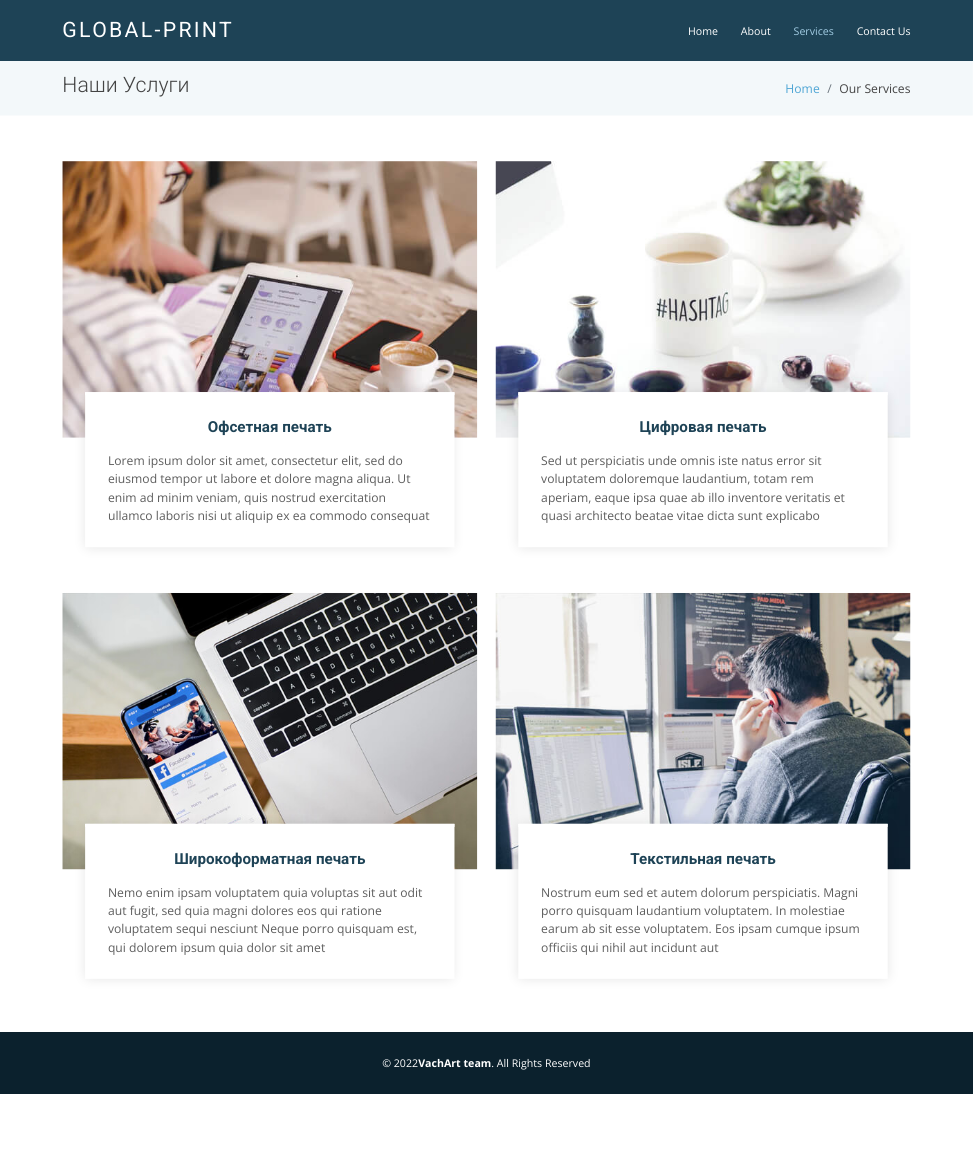
Repository: VachArt/Global-print
Page: services.html
An editor plug-in stored every save of this project. The page is shown before and after the next save, followed by the edit.
The browser window is 1280 px wide. The pictures show the whole page, at 76% of full size.

Above is the page before, as saved 2022-06-13 23:08:59.

After the next save:
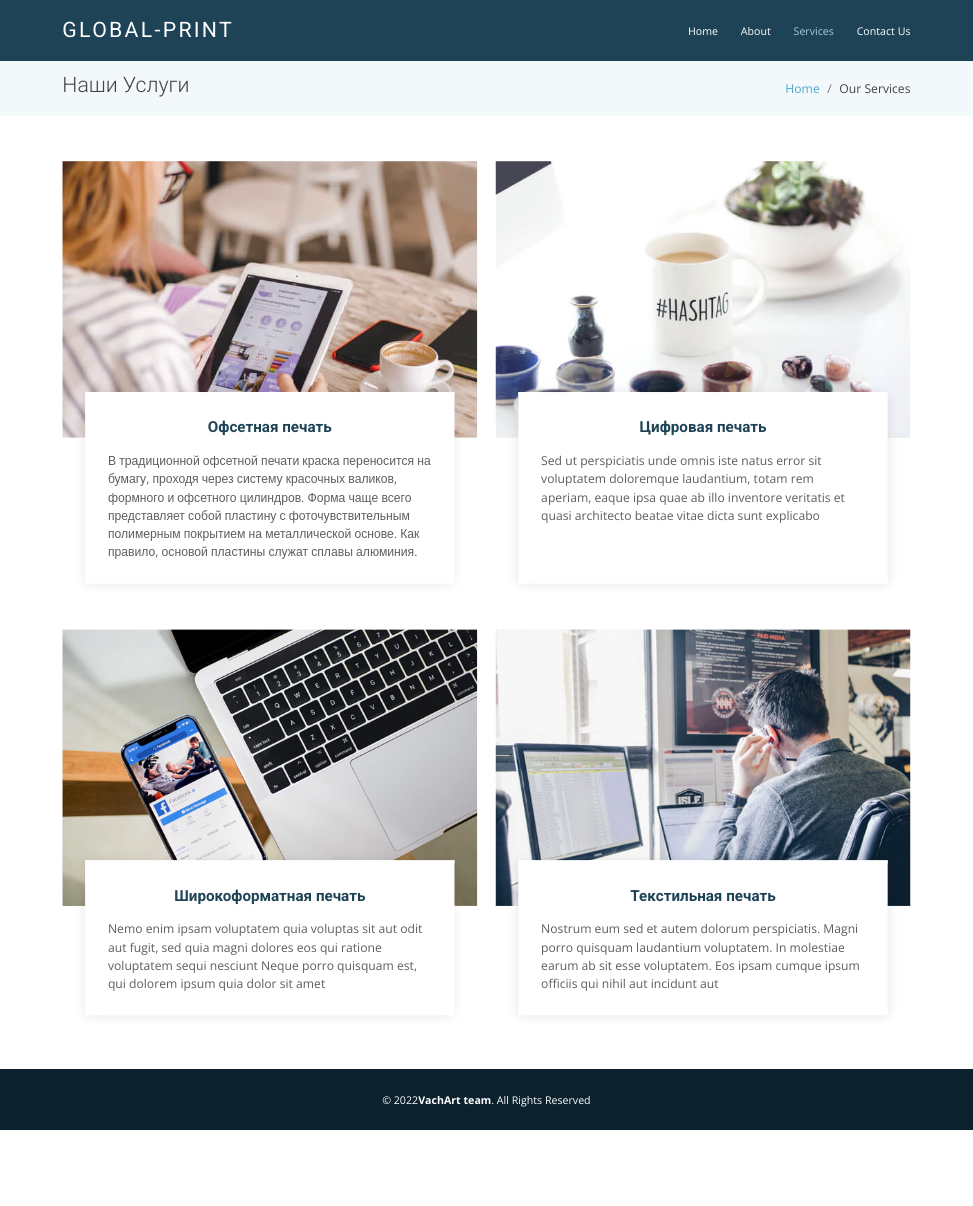
Saved 109 s later.
--- a/services.html
+++ b/services.html
@@ -83,7 +83,7 @@
               </div>
               <div class="card-body">
                 <h5 class="card-title"><a href="#">Офсетная печать</a></h5>
-                <p class="card-text">Lorem ipsum dolor sit amet, consectetur elit, sed do eiusmod tempor ut labore et dolore magna aliqua. Ut enim ad minim veniam, quis nostrud exercitation ullamco laboris nisi ut aliquip ex ea commodo consequat</p>
+                <p class="card-text">В традиционной офсетной печати краска переносится на бумагу, проходя через систему красочных валиков, формного и офсетного цилиндров. Форма чаще всего представляет собой пластину с фоточувствительным полимерным покрытием на металлической основе. Как правило, основой пластины служат сплавы алюминия.</p>
               </div>
             </div>
           </div>
